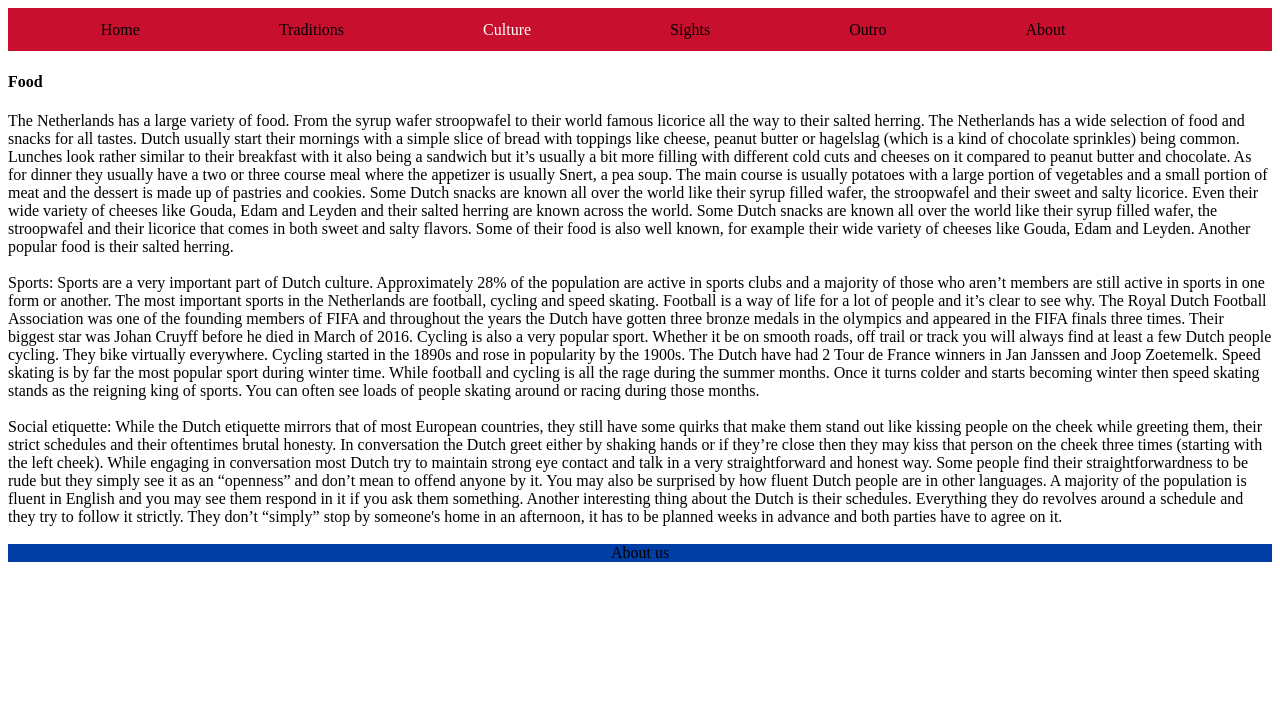
Repository: Cornman63/The-netherlands
Page: culture.html
The author's editor kept a copy of each file at every save. The page is drawn from the files as they stood at one save, then again after the next save.
The browser window is 1280 px wide. The pictures show the whole page.

Above is the page before, as saved 2023-05-23 09:41:33.

After the next save:
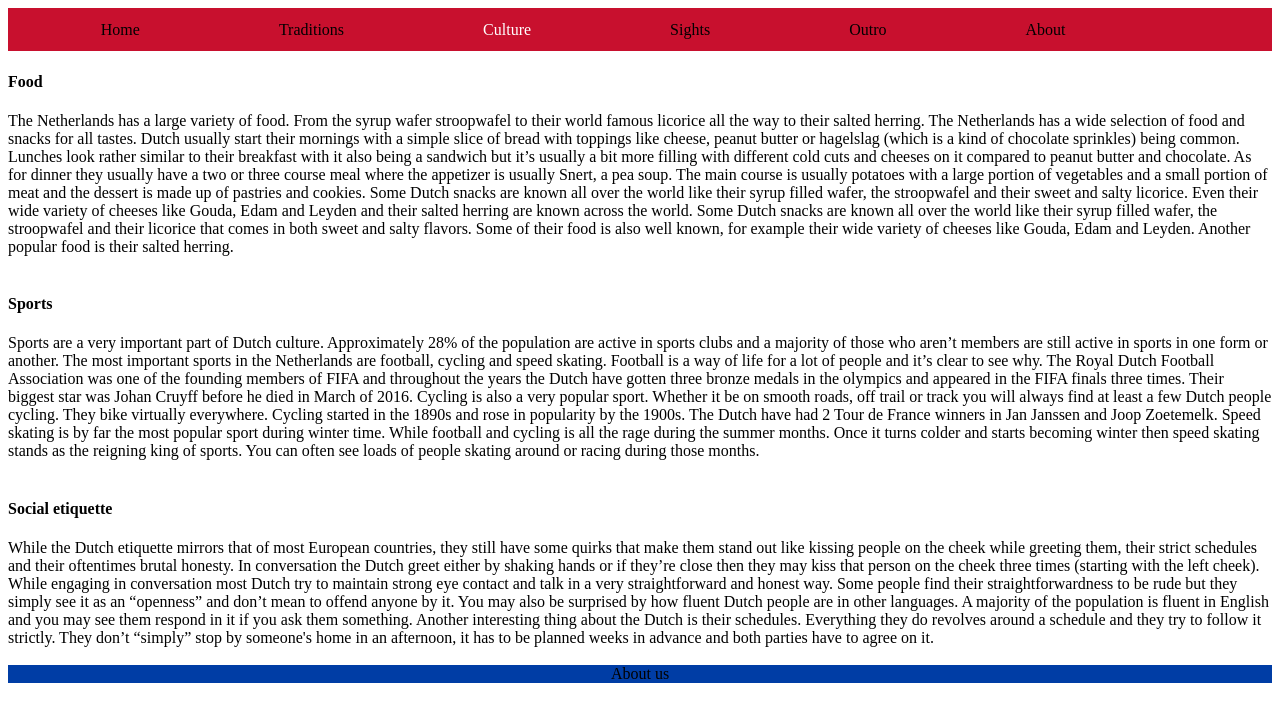
Saved 31 s later.
--- a/culture.html
+++ b/culture.html
@@ -31,7 +31,7 @@
             <br><br>
         </div>
         <div class="sports">
-            Sports:
+            <h4>Sports</h4>
 
             Sports are a very important part of Dutch culture. Approximately 28% of the population are active in sports clubs and a majority of those who aren’t members are still active in sports in one form or another. The most important sports in the Netherlands are football, cycling and speed skating.
 
@@ -43,7 +43,7 @@
             <br><br>
         </div>
         <div class="socialeq">
-            Social etiquette:
+            <h4>Social etiquette</h4>
 
             While the Dutch etiquette mirrors that of most European countries, they still have some quirks that make them stand out like kissing people on the cheek while greeting them, their strict schedules and their oftentimes brutal honesty.
 
